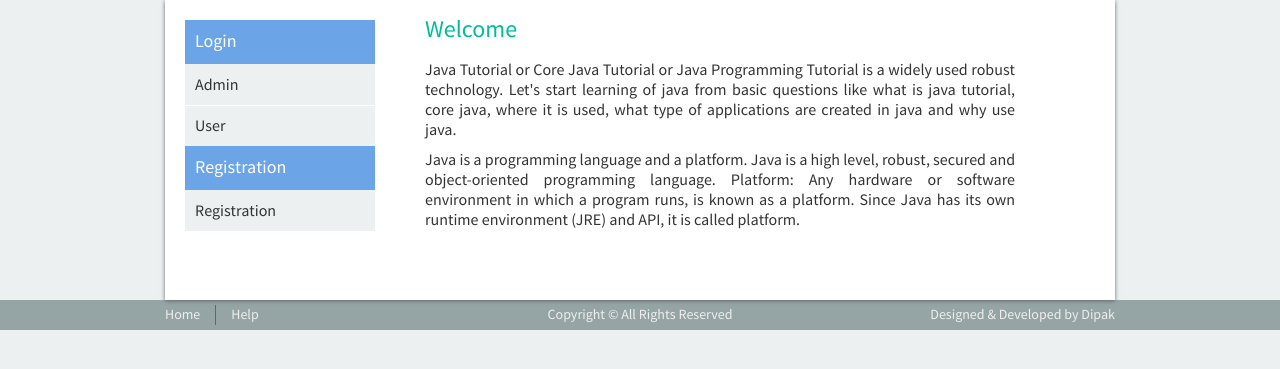
Repository: Dipak27/Dipak-s-front-end
Page: http://localhost/Traning_Management/
These files come from the project's save history. The page is drawn as it stood at one moment and after the next save; the edit follows.
The browser window is 1280 px wide. The pictures show the whole page.
Some web libraries are served in a nearby version. The page is served by Tomcat 9.

Above is the page before, as saved 2016-11-09 04:58:51.
Console error (its wording comes from the project's code and is left out).

After the next save:
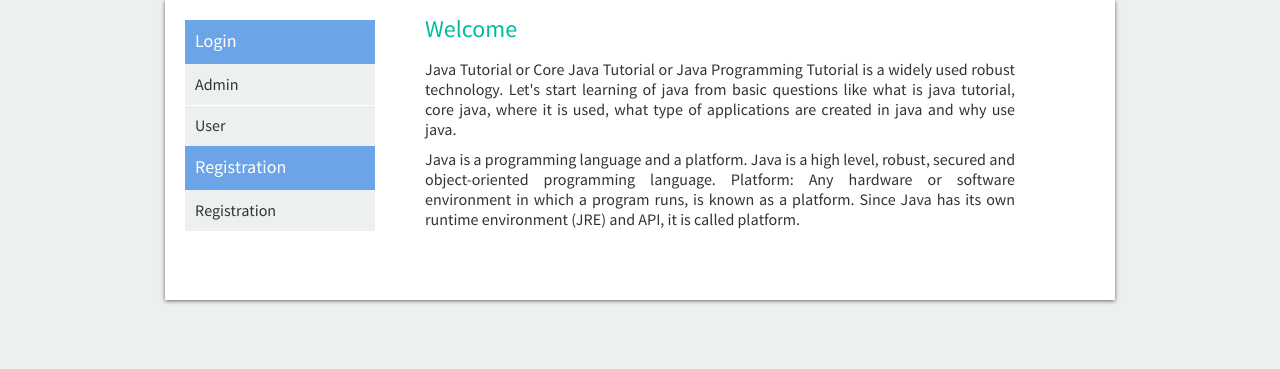
Saved 67 s later.
--- a/Training Management Project/Traning_Management/src/main/webapp/index.jsp
+++ b/Training Management Project/Traning_Management/src/main/webapp/index.jsp
@@ -88,23 +88,7 @@ Platform: Any hardware or software environment in which a program runs, is known
 
 
 	<!-- FOOTER START -->
-	<div class="dark-nav footer">
-		<div class="container_24">
-			<div class="grid_8">
-				<ul class="nav-alt">
-					<li><a href=""index.jsp"">Home</a></li>
-					<li><a href="#">Help</a></li>
-				</ul>
-			</div>
-			<div class="grid_8">
-				<div class="text-center">Copyright &copy; All Rights Reserved</div>
-			</div>
-			<div class="grid_8">
-				<div class="text-right">Designed &amp; Developed by Dipak</div>
-			</div>
-			<div class="clear"></div>
-		</div>
-	</div>
+
 	<!-- FOOTER START -->
 
 </body>
